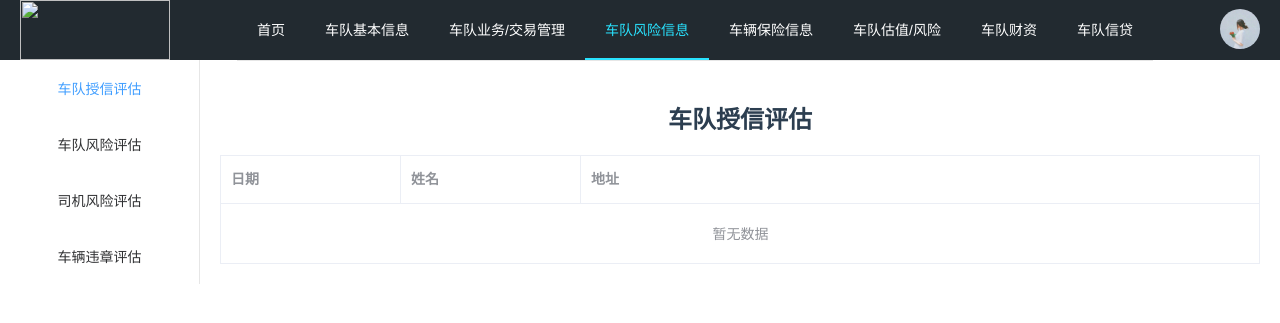
Repository: TheWomanLiketheWind/woodpecker
Page: /
These files come from the project's save history. The page is drawn as it stood at one moment and after the next save; the edit follows.
The browser window is 1280 px wide. The pictures show the whole page.
The project was rebuilt for these pictures with package versions that can differ from the ones it lists, and the page was loaded fresh each time. Also part of the build but not shown: src/views/menuThird.vue.

Above is the page before, as saved 2019-07-25 17:51:48.

After the next save:
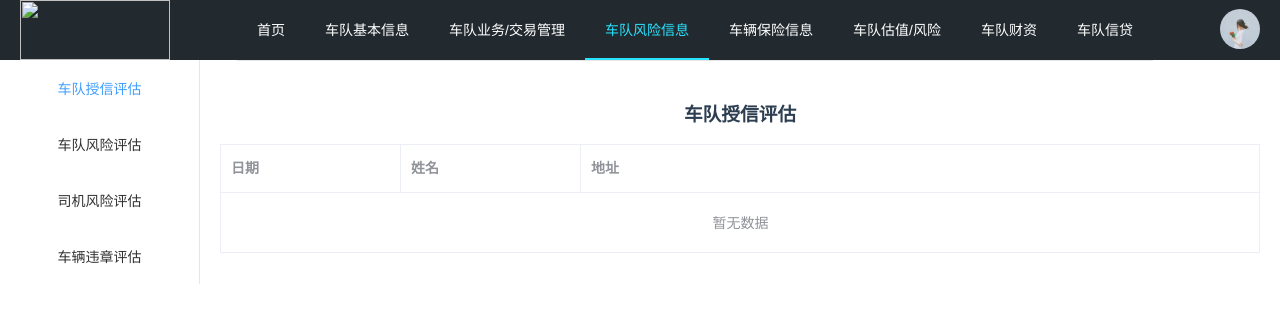
Saved 22 s later.
--- a/src/views/menuSecond.vue
+++ b/src/views/menuSecond.vue
@@ -12,7 +12,7 @@
       </el-menu>
     </el-aside>
     <el-main>
-      <h2>{{filesList.navigeList[this.selectIndex].name}}</h2>
+      <h3>{{filesList.navigeList[this.selectIndex].name}}</h3>
       <el-table :data="filesList.navigeList[this.selectIndex].tableData"
                 border
                 style="width: 100%">
